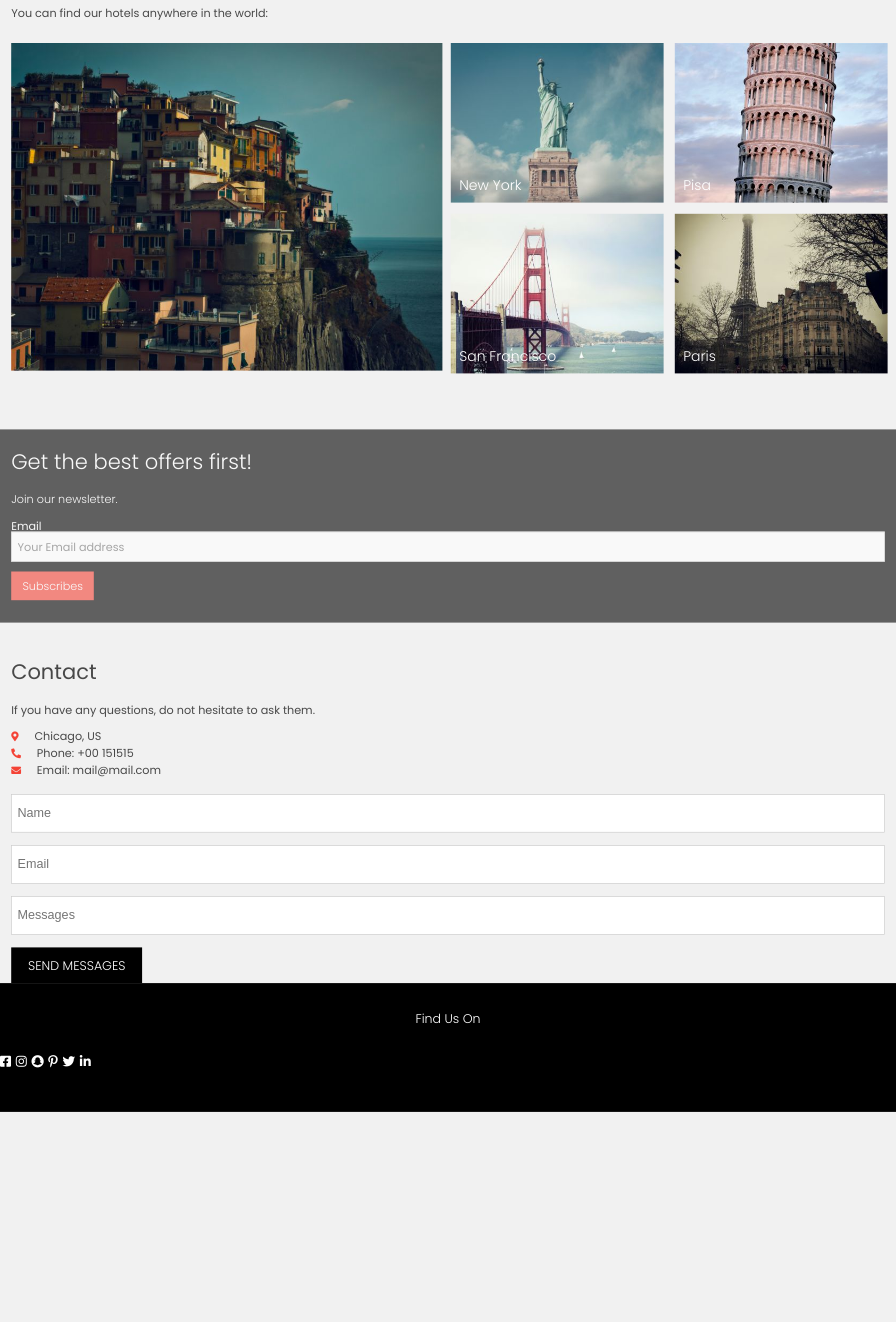
Repository: phamhuuloc/Travel_Template
Page: index.html
These files come from the project's save history. The page is drawn as it stood at one moment and after the next save; the edit follows.
The browser window is 1280 px wide. The pictures show the part of the page from y = 2299 to 4219 px (the page is 4187 px tall before and 4219 px after), at 70% of full size.
The style sheet was rebuilt from its Sass, Less or Tailwind sources for each picture, by a compiler version that may differ from the author's.

Above is the page before, as saved 2021-09-18 20:31:19.

After the next save:
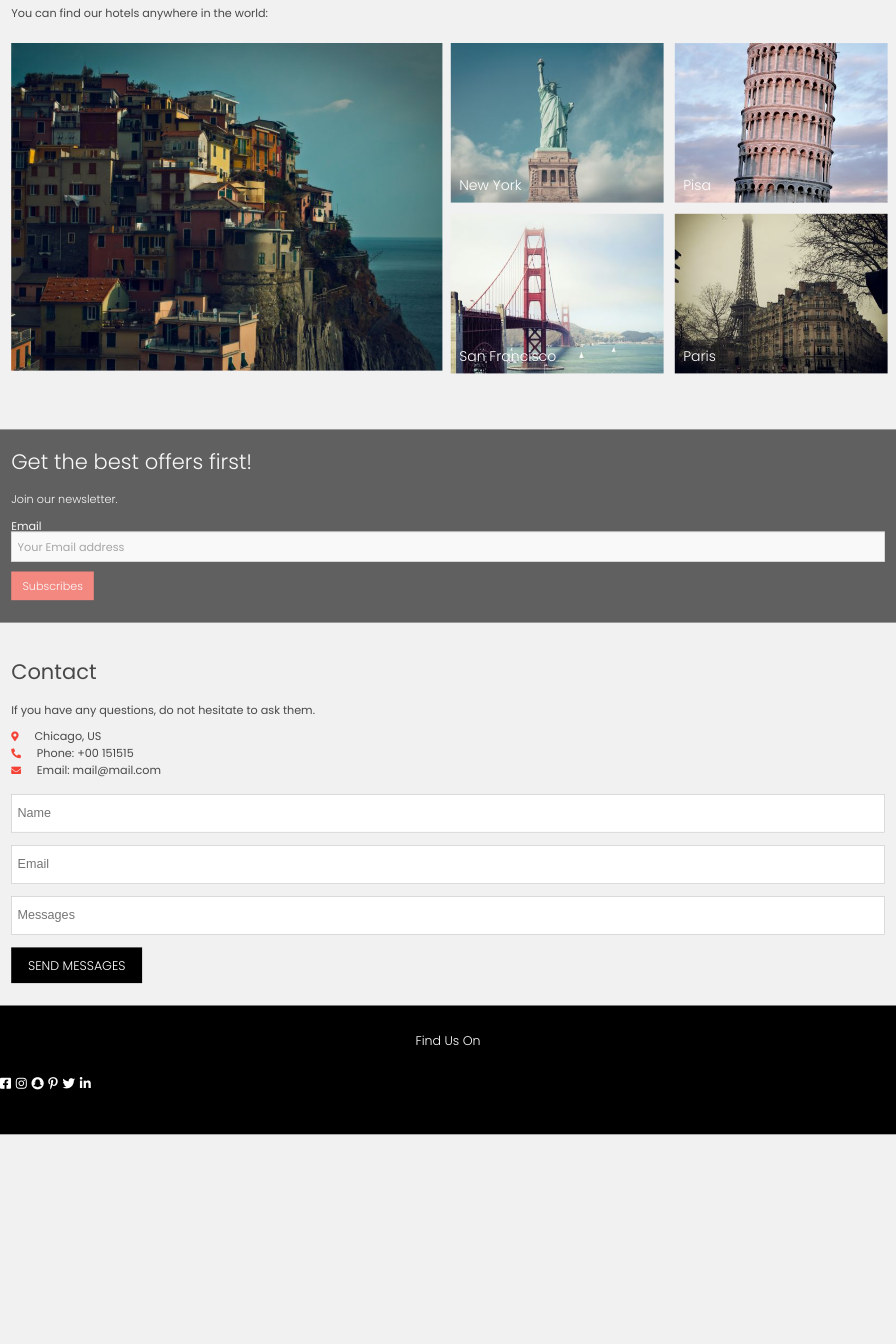
Saved 60 s later.
--- a/assets/main.scss
+++ b/assets/main.scss
@@ -416,6 +416,7 @@ sup {
 .footer {
   padding: 3.2rem 0;
   background-color: #000;
+  margin-top: 3.2rem;
   &__title {
     color: white;
     font-size: 1.8rem;
